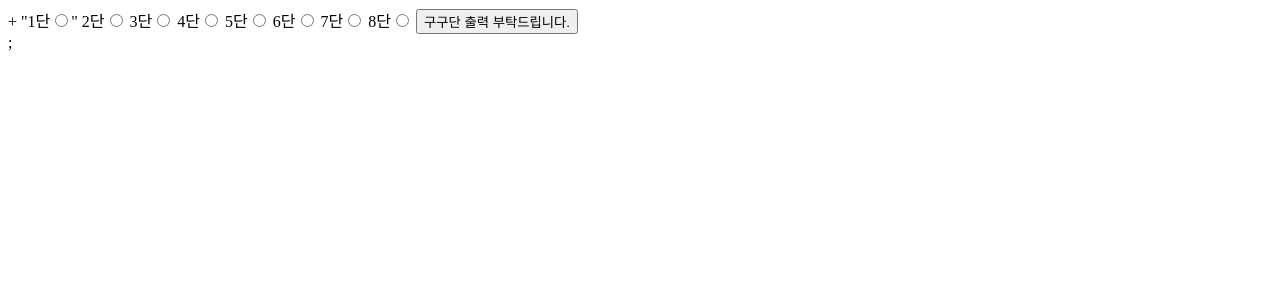
Repository: jupiter002/jsp-tutorial
Page: http://localhost/jsp01/gugudanFormRadio.jsp
These files come from the project's save history. The page is drawn as it stood at one moment and after the next save; the edit follows.
The browser window is 1280 px wide. The pictures show the whole page.
The page is served by Tomcat 9. Other server files are loaded and not shown.

Above is the page before, as saved 2023-06-02 06:48:39.

### jsp01/src/main/webapp/gugudanFormRadio.jsp
<%@ page language="java" contentType="text/html; charset=UTF-8"
    pageEncoding="UTF-8"%>
<!DOCTYPE html>
<html>
<head>
<meta charset="UTF-8">
<title>Insert title here</title>
</head>
<body>
<form action="gugudanResult.jsp">
	+ "<label><span>1단</span><input type='radio' name='dan'value='1'></label>"
				 <label><span>2단</span><input type='radio' name='dan'value='2'></label>
				 <label><span>3단</span><input type='radio' name='dan'value='3'></label>
				 <label><span>4단</span><input type='radio' name='dan'value='4'></label>
				 <label><span>5단</span><input type='radio' name='dan'value='5'></label>
				 <label><span>6단</span><input type='radio' name='dan'value='6'></label>
				 <label><span>7단</span><input type='radio' name='dan'value='7'></label>
				 <label><span>8단</span><input type='radio' name='dan'value='8'></label>
				 <button>구구단 출력 부탁드립니다.</button></form>;
</body>
</html>

After the next save:
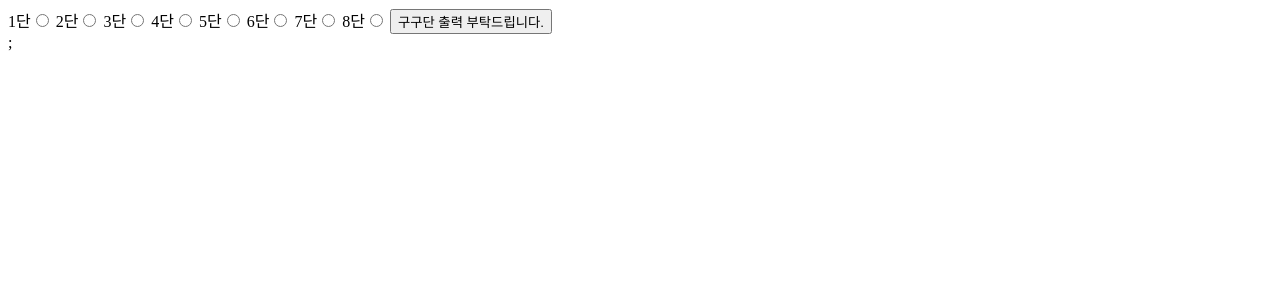
Saved 5 s later.
--- a/jsp01/src/main/webapp/gugudanFormRadio.jsp
+++ b/jsp01/src/main/webapp/gugudanFormRadio.jsp
@@ -8,7 +8,7 @@
 </head>
 <body>
 <form action="gugudanResult.jsp">
-	+ "<label><span>1단</span><input type='radio' name='dan'value='1'></label>"
+	<label><span>1단</span><input type='radio' name='dan'value='1'></label>
 				 <label><span>2단</span><input type='radio' name='dan'value='2'></label>
 				 <label><span>3단</span><input type='radio' name='dan'value='3'></label>
 				 <label><span>4단</span><input type='radio' name='dan'value='4'></label>
